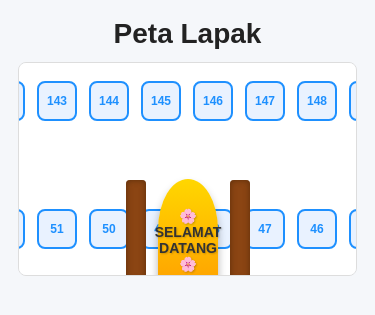
Repository: pasarrakyatbak/denah
Page: index.html
The author's editor kept a copy of each file at every save. The page is drawn from the files as they stood at one save, then again after the next save.
The browser window is 375 px wide. The pictures show the whole page.

Above is the page before, as saved 2025-09-19 08:38:34.

After the next save:
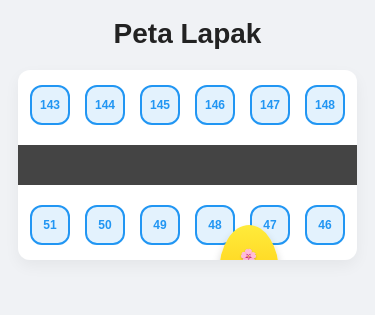
Saved 64 s later.
--- a/style.css
+++ b/style.css
@@ -1,181 +1,173 @@
-/* reset & base */
+/* Reset & Base */
 * {
-    box-sizing: border-box;
     margin: 0;
     padding: 0;
+    box-sizing: border-box;
 }
 
 body {
-    font-family: Arial, Helvetica, sans-serif;
-    background: #f5f7fa;
+    font-family: 'Poppins', sans-serif;
+    background: #f0f2f5;
     color: #222;
     padding: 18px;
     text-align: center;
 }
 
 h1 {
-    margin-bottom: 12px;
     font-size: 28px;
+    margin-bottom: 20px;
 }
 
-/* kontainer scroll horizontal */
+/* Scroll horizontal container */
 .scroll-container {
     position: relative;
     width: 100%;
     overflow-x: auto;
     overflow-y: hidden;
-    border: 1px solid #ddd;
     background: #fff;
-    border-radius: 8px;
-    padding: 12px;
+    border-radius: 12px;
+    padding: 15px;
+    box-shadow: 0 6px 15px rgba(0, 0, 0, 0.05);
 }
 
-/* inner flex column */
+/* Flex column */
 .h-inner {
     display: flex;
     flex-direction: column;
-    gap: 18px;
-    align-items: flex-start;
+    gap: 20px;
     min-width: max-content;
-    padding-bottom: 8px;
 }
 
-/* baris lapak */
+/* Row lapak */
 .row {
     display: flex;
-    gap: 12px;
+    gap: 15px;
     align-items: center;
     min-width: max-content;
-    padding: 6px 0;
 }
 
-/* kotak lapak */
+/* Kotak lapak modern */
 .lapak {
     width: 60px;
     height: 60px;
-    border-radius: 8px;
-    background: #e9f2ff;
-    border: 2px solid #1e90ff;
-    color: #1e90ff;
-    font-weight: 700;
+    border-radius: 12px;
+    background: #e3f2fd;
+    border: 2px solid #2196f3;
+    color: #2196f3;
+    font-weight: 600;
     display: flex;
     align-items: center;
     justify-content: center;
+    transition: all 0.2s ease;
+    cursor: pointer;
 }
 
-/* jalan horizontal */
+.lapak:hover {
+    background: #2196f3;
+    color: #fff;
+    transform: scale(1.1);
+    box-shadow: 0 4px 12px rgba(0, 0, 0, 0.15);
+}
+
+/* Jalan */
 .road {
     height: 40px;
-    background: #333;
+    background: #444;
     color: #fff;
     display: flex;
     align-items: center;
     justify-content: center;
-    border-radius: 8px;
+    border-radius: 10px;
     padding: 0 10px;
     min-width: max-content;
 }
 
-/* gerbang */
+/* Gerbang */
 .jalan-gerbang {
-    width: 120px;
-    height: 40px;
-    background: #ff8c1a;
-    color: white;
+    width: 130px;
+    height: 45px;
+    background: #ff9800;
+    color: #fff;
     display: flex;
     align-items: center;
     justify-content: center;
-    border-radius: 8px;
+    border-radius: 10px;
     font-weight: 700;
-    margin: 0 6px;
+    transition: all 0.2s;
 }
 
-/* GAPURA 3D */
+.jalan-gerbang:hover {
+    background: #fb8c00;
+    transform: scale(1.05);
+}
+
+/* GAPURA MODERN */
 .gapura {
     position: absolute;
-    top: 50%;
-    transform: translate(-50%, -50%);
     display: flex;
     align-items: flex-end;
     justify-content: center;
     z-index: 100;
-    height: 150px;
 }
 
 .gapura .tiang {
-    width: 30px;
+    width: 20px;
     height: 100%;
-    background: #8B4513;
-    border-radius: 4px;
-    box-shadow: inset 0 0 6px #5a2e0b;
-    flex-shrink: 0;
-}
-
-.gapura .tiang.kiri {
-    margin-right: 12px;
-}
-
-.gapura .tiang.kanan {
-    margin-left: 12px;
+    background: #6d4c41;
+    border-radius: 6px;
+    margin: 0 8px;
+    box-shadow: inset 0 0 5px #3e2723;
 }
 
 .gapura .atap {
-    background: linear-gradient(to bottom, #FFD700, #FFA500);
+    background: linear-gradient(to bottom, #ffeb3b, #ffc107);
     border-radius: 50% 50% 0 0;
     padding: 12px 50px;
     display: flex;
     flex-direction: column;
     align-items: center;
-    box-shadow: 0 6px 8px rgba(0, 0, 0, 0.3);
-    flex-shrink: 0;
+    box-shadow: 0 6px 10px rgba(0, 0, 0, 0.2);
 }
 
 .gapura .dekor-atas {
     width: 100%;
-    height: 15px;
-    background: #FFB800;
+    height: 10px;
+    background: #fbc02d;
     border-radius: 50%;
-    margin-bottom: 6px;
+    margin-bottom: 5px;
 }
 
 .gapura .teks {
     font-weight: bold;
-    font-size: 18px;
+    font-size: 16px;
     color: #333;
-    text-align: center;
-    text-shadow: 1px 1px 2px rgba(0, 0, 0, 0.2);
+    text-shadow: 0 1px 2px rgba(0, 0, 0, 0.2);
 }
 
-/* responsive */
-@media (max-width: 900px) {
+/* Responsive */
+@media(max-width:900px) {
     .lapak {
         width: 50px;
         height: 50px;
+        font-size: 14px;
     }
 
     .jalan-gerbang {
         width: 100px;
-        height: 36px;
-    }
-
-    .gapura {
-        height: 120px;
+        height: 38px;
+        font-size: 13px;
     }
 
     .gapura .tiang {
-        width: 25px;
+        width: 18px;
     }
 
     .gapura .atap {
         padding: 10px 40px;
     }
-
-    .gapura .teks {
-        font-size: 16px;
-    }
 }
 
-@media (max-width: 480px) {
+@media(max-width:480px) {
     .lapak {
         width: 40px;
         height: 40px;
@@ -183,20 +175,13 @@ h1 {
     }
 
     .jalan-gerbang {
-        background: #ffcc00;
-        padding: 6px 12px;
-        border-radius: 6px;
-        margin: 0 4px;
-        font-weight: bold;
-        text-align: center;
-    }
-
-    .gapura {
-        height: 100px;
+        width: 80px;
+        height: 34px;
+        font-size: 12px;
     }
 
     .gapura .tiang {
-        width: 20px;
+        width: 15px;
     }
 
     .gapura .atap {
